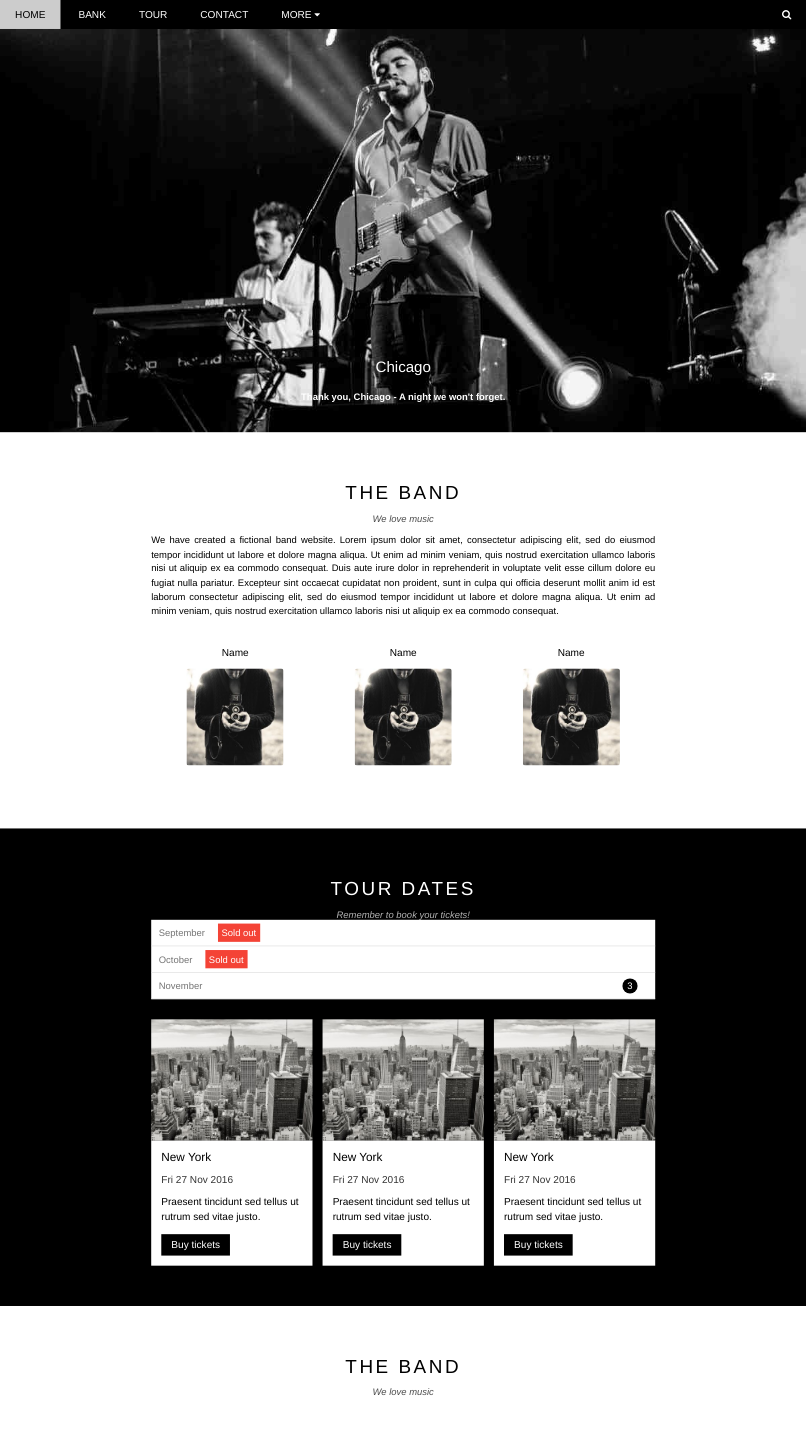
Repository: vuongtm1999/TheBand_W3School
Page: index.html
These files come from the project's save history. The page is drawn as it stood at one moment and after the next save; the edit follows.
The browser window is 1280 px wide. The pictures show the whole page, at 63% of full size.

Above is the page before, as saved 2022-08-27 16:54:37.

### index.html
<!DOCTYPE html>
<html lang="en">
<head>
    <meta charset="UTF-8">
    <meta http-equiv="X-UA-Compatible" content="IE=edge">
    <meta name="viewport" content="width=device-width, initial-scale=1.0">
    <title>Document</title>
    <link rel="stylesheet" href="./assets/css/style.css">
    <link rel="stylesheet" href="https://cdnjs.cloudflare.com/ajax/libs/font-awesome/4.7.0/css/font-awesome.min.css">

</head>
<body>
        <div id="header">
            <!-- begin: nav -->
            <ul id="nav">
                <li><a href="#">Home</a></li>
                <li><a href="#">Bank</a></li>
                <li><a href="#">Tour</a></li>
                <li><a href="#">Contact</a></li>
                <li>
                    <a href="#">More <i style="font-size: 15px;" class="fa fa-caret-down"></i></a>
                    <ul class="subnav">
                        <li><a href="#">Merchandise</a></li>
                        <li><a href="#">Extras</a></li>
                        <li><a href="#">Media</a></li>
                    </ul>
                </li>
            </ul>
            <!-- end: nav -->

            <!-- begin: search button -->
            <div class="search-button">
                <i class="fa fa-search"></i>
            </div>
            <!-- end: search button -->
        </div>

        <div id="slider">
            <div class="text-content">
                <div class="container">
                    <h3 class=text-heading>
                        Chicago
                    </h3>
                    <div class="text-description">
                        Thank you, Chicago - A night we won't forget.
                    </div>
                </div>
            </div>
        </div>

        <div id="content">
            <!-- about section -->
            <div class="content-section">
                <h2 class="section-heading">THE BAND</h2>
                <p class="section-sub-heading">We love music</p>
                <p class="section-about-text">We have created a fictional band website. Lorem ipsum dolor sit amet, consectetur adipiscing elit, sed do eiusmod tempor incididunt ut labore et dolore magna aliqua. Ut enim ad minim veniam, quis nostrud exercitation ullamco laboris nisi ut aliquip ex ea commodo consequat. Duis aute irure dolor in reprehenderit in voluptate velit esse cillum dolore eu fugiat nulla pariatur. Excepteur sint occaecat cupidatat non proident, sunt in culpa qui officia deserunt mollit anim id est laborum consectetur adipiscing elit, sed do eiusmod tempor incididunt ut labore et dolore magna aliqua. Ut enim ad minim veniam, quis nostrud exercitation ullamco laboris nisi ut aliquip ex ea commodo consequat.</p>

                <div class="member-list">

                    <div class="member-item">
                        <p class="member-name">Name</p>
                        <img class="member-image" src="assets/img/bandmember.jpg" alt="member">
                    </div>

                    <div class="member-item">
                        <p class="member-name">Name</p>
                        <img class="member-image" src="assets/img/bandmember.jpg" alt="member">
                    </div>

                    <div class="member-item">
                        <p class="member-name">Name</p>
                        <img class="member-image" src="assets/img/bandmember.jpg" alt="member">
                    </div>

                    <div class="clearFloat"></div>
                </div>
            </div>

            <!-- TOUR DATES section -->
            <div class="tour-section">
                <div class="content-section">
                    <h2 class="section-heading white-color">TOUR DATES</h2>
                    <p class="section-sub-heading white-color">Remember to book your tickets!</p>

                    <ul class="ticket-list">
                        <li>September <span class="soldout">Sold out</span></li>
                        <li>October <span class="soldout">Sold out</span></li>
                        <li>November <span class="quantity">3</span></li>
                    </ul>

                    <div class="place-ticket">

                        <div class="place-item">
                            <img src="assets/img/place/newyork.jpg" alt="img-ticket" class="place-img">
                            <div class="place-body">
                                <h3 class="place-city">New York</h3>
                                <p class="place-time">Fri 27 Nov 2016</p>
                                <p class="place-description">Praesent tincidunt sed tellus ut rutrum sed vitae justo.</p>
                                <a href="#" class="place-buy-tickets">Buy tickets</a>
                            </div>
                        </div>

                        <div class="place-item">
                            <img src="assets/img/place/newyork.jpg" alt="img-ticket" class="place-img">
                            <div class="place-body">
                                <h3 class="place-city">New York</h3>
                                <p class="place-time">Fri 27 Nov 2016</p>
                                <p class="place-description">Praesent tincidunt sed tellus ut rutrum sed vitae justo.</p>
                                <a href="#" class="place-buy-tickets">Buy tickets</a>
                            </div>
                        </div>

                        <div class="place-item">
                            <img src="assets/img/place/newyork.jpg" alt="img-ticket" class="place-img">
                            <div class="place-body">
                                <h3 class="place-city">New York</h3>
                                <p class="place-time">Fri 27 Nov 2016</p>
                                <p class="place-description">Praesent tincidunt sed tellus ut rutrum sed vitae justo.</p>
                                <a href="#" class="place-buy-tickets">Buy tickets</a>
                            </div>
                        </div>

                        <div class="clearFloat"></div>
                    </div>
                </div>
            </div>



            <!-- CONTACT section -->
            <div class="content-section">
                <h2 class="section-heading">THE BAND</h2>
                <p class="section-sub-heading">We love music</p>
            </div>

        </div>

        <!-- Modal dialog -->
        <div id="modal">
            <div class="modal-container">
                <i class="fa fa-times close-icon" aria-hidden="true"></i>
                <header class="modal-header">
                    <i class="fa fa-suitcase mr-5"></i>
                     Tickets
                </header>
                <div class="modal-body">
                    <label for="quantity-sticket" class="modal-label">
                        <i class="fa fa-shopping-cart" aria-hidden="true"></i>
                        Tickets, $15 per person
                    </label>
                    <input type="text" id="quantity-sticket" class="quantity-sticketet" placeholder="How many?">

                    <label for="send-to-sticket" class="modal-label">
                        <i class="fa fa-user" aria-hidden="true"></i>
                        Send to
                    </label>
                    <input type="text" id="send-to-sticket" class="send-to-sticket" placeholder="Enter email" class=placeholder="Enter email">

                    <button id="btn-pay" class="btn-pay">PAY <i class="fa fa-check" aria-hidden="true"></i></button>
                </div>

                <div class="modal-footer">
                    <button class="btn-close">Close <i class="fa fa-times" aria-hidden="true"></i></button>

                    <div class="modal-text-help">Need <a href="#" id="btn-help">help?</a></div>
                </div>
            </div>
        </div>

        <div id="footer">

        </div>
    </div>
</body>
</html>

### assets/css/style.css
/* reset CSS */
* {
    margin: 0;
    padding: 0;
    box-sizing: border-box;
}

html {
    font-family: Helvetica, Arial, sans-serif;
}

#nav, .subnav, li{
    list-style-type: none;
}

#nav{
    display: inline-block;
}

/*
Nguyen tac lam viec
1. Vi tri
2. Kich thuoc
3. Mau sac
4. Kieu dang (kieu chu, hinh tron hay hinh vuong,...)
*/

/*
Tu ngoai vao trong
Tu tren xuong duoi
TU tong quan den chi tiet
 */

#main {}

#header {
    position: fixed;
    z-index: 1;
    height: 46px;
    background-color: #000;
    color: #fff;
    top: 0;
    left: 0;
    right: 0;
}

#nav li {
    text-decoration: none;
    line-height: 46px;
}

a{
    text-decoration: none;
}

#nav > li > a {
    /* display: inline-block; */
    padding: 0px 24px;
    color: #ffffff;
    text-transform: uppercase;
}

#nav > li {
    display: inline-block;
}

#nav li:last-child {
    position: relative;
}

#nav .subnav {
    background-color: #fff;
    position: absolute;
    display: none;
    top: 100%;
    left: 0;
    box-shadow:  0px 0px 10px rgba(0, 0, 0, 0.3);
    min-width: 160px;
}

#nav .subnav a{
    color: #000;
    padding: 0px 12px;
    line-height: 30px;
    display: inline-block;
    width: 100%;
}

#nav .subnav li:hover,
#nav > li:hover > a {
    color: #000;
    background-color: #ccc;
    display: block;
}

#nav > li:last-child:hover .subnav{
    display: block;
}

/* search btn */
#header .search-button{
    float: right;
    line-height: 46px;
    padding: 0 24px;
}

#header .search-button:hover{
    background-color: #f44336;
    cursor: pointer;
}

#slider {
    /* background-color: rgb(27, 22, 22); */
    margin-top: 46px;
/* padding-top bang 50% chieu rong cua thanh phan do */
    padding-top: 50%;
    position: relative;
    background: url("/assets/img/chicago.jpg") top center / cover no-repeat;
}

#slider .text-content{
    position: absolute;
    color: white;
    bottom: 48px;

    /* cach 1 */
    /* left: 50%;
    transform: translateX(-50%); */
    /* cach 2 */
    /* left: 0;
    right: 0; */
    /* cach 3 */
    width: 100%;
    text-align: center;
}

.text-heading{
    font-size: 24px;
    font-weight: 400;
}

.text-description{
    margin-top: 25px;
    font-weight: bolder;
    font-size: 15px;
}

#content .content-section{
    width: 800px;
    padding: 64px 0;
    margin-left: auto;
    margin-right: auto;
}

.content-section .section-heading,
.content-section .section-about-text{
    margin: 15px 0px;
}

.content-section .section-heading,
.content-section .section-sub-heading{
    text-align: center;
}

.content-section .section-sub-heading{
    font-size: 15px;
    opacity: 0.7;
    font-style: italic;
}

.content-section .section-heading{
    font-size: 30px;
    font-weight: 500;
    letter-spacing: 4px;
}

.content-section .section-about-text{
    /* line-height khong co px */
    line-height: 1.5;
    font-size: 15px;
    text-align: justify;
}

.content-section .member-item{
    float: left;
    width: calc(100%/3);

    /* width: 33.333%; */
}

.content-section .member-list{
    margin: 32px 0;
    text-align: center;

    /* Khac phuc khi dung float :left */
    /* overflow: hidden; */
}

.content-section .member-name{
    /* text-align: center; */
}

.content-section .member-name{
    margin: 15px 0;
}

.content-section .member-image{
    width: 154px;
    border-radius: 4px;
}

.content-section .clearFloat{
    /* Khac phuc khi dung float :left */
    clear: both;
}

/* Tour section */
.tour-section{
    background-color: #000;
}

/*  begin: tour section */
.white-color{
    color: white !important;
}

.ticket-list{
    background-color: white;
}

.ticket-list > li{
    font-size: 15px;
    padding: 12px;
    border-bottom: 1px solid #ddd;
    color: #757575;
}

.soldout{
    background-color: #f44336;
    padding: 6px;
    margin-left: 16px;
    color: #fff;
}

.quantity{
    float: right;
    margin-right: 16px;
    background-color: #000;
    width: 24px;
    height: 24px;
    border-radius: 50%;
    color: white;
    text-align: center;
    line-height: 24px;
    margin-top: -3px;
}

/* place-ticket */
.place-ticket{
    /* margin-top: 32px; */
    padding-top: 32px;
    margin-left: -8px;
    margin-right: -8px;
}

.place-item{
    float: left;
    width: 33.3333%;
    padding: 0 8px;
}

.place-img{
    width: 100%;
    display: block;
}

.place-img:hover{
    opacity: 0.7;
}

.place-body{
    background-color: white;
    color: rgb(1, 1, 1);
    padding: 16px;
}

.place-city{
    font-weight: 550;
}

.place-time{
    opacity: 0.8;
    margin: 15px 0;
}

.place-description{
    margin: 15px 0;
    line-height: 1.5;
}

.place-buy-tickets{
    background-color: #000;
    padding: 8px 16px;
    color: white;
    display: inline-block;
}

.place-buy-tickets:hover{
    background-color: #ccc;
    color: #000;
}

/* modal dialog */
#modal{
    position: fixed;
    background-color: rgba(0, 0, 0, 0.3);
    top: 0;
    left: 0;
    right: 0;
    bottom: 0;

    /* display: flex; */
    align-items: center;
    justify-content: center;

    display: none;
}

.modal-open{
    display: flex;
}

.modal-container{
    background-color: #fff;
    width: 900px;
    min-height: 473px;
    position: relative;

    /* reponsive */
    max-width: calc(100% - 32px);
}

.modal-header {
    height: 129px;
    background-color: #009688;
    display: flex;
    align-items: center;
    justify-content: center;
    letter-spacing: 4px;
    font-weight: 400;
    font-size: 30px;
    color: #fff;
}

.mr-5{
    margin-right: 16px;
}
.close-icon{
    position: absolute;
    top: 0;
    right: 0;
    padding: 12px;
    color: #fff;
}

.close-icon:hover{
    background-color: #ccc;
    color: #000
}

.modal-body {
    padding: 0 16px;
}

.modal-label{
    display: block;
    margin: 18px 0 8px 0;
}

.quantity-sticketet,
.send-to-sticket{
    border: 1px solid #ccc;
    padding: 8px;
    font-size: 15px;
    width: 100%;
}

.btn-pay{
    margin: 16px 0;
    width: 100%;
    background-color: #009688;
    padding: 18px;
    color: #fff;
    border: none;
    font-size: 15px;
    text-transform: uppercase;
}

.btn-pay:hover{
    background-color: #ccc;
    color: #000;
    cursor: pointer;
}

.modal-footer{
    padding: 0 18px;
    margin: 16px 0;
}

.modal-text-help{
    float: right;
}

.btn-close{
    padding: 12px 16px;
    font-size: 15px;
    color: #fff;
    background-color: #f44336;
    border: none;
}

.btn-close:hover{
    cursor: pointer;
    background-color: #ccc;
    color: #000;
}

#btn-help{
    text-decoration: underline !important;
    color: #2196F3;
}



#container {
    /* height: 500px;
    background-color: #ccc; */
}

#content {}

#footer {}

After the next save:
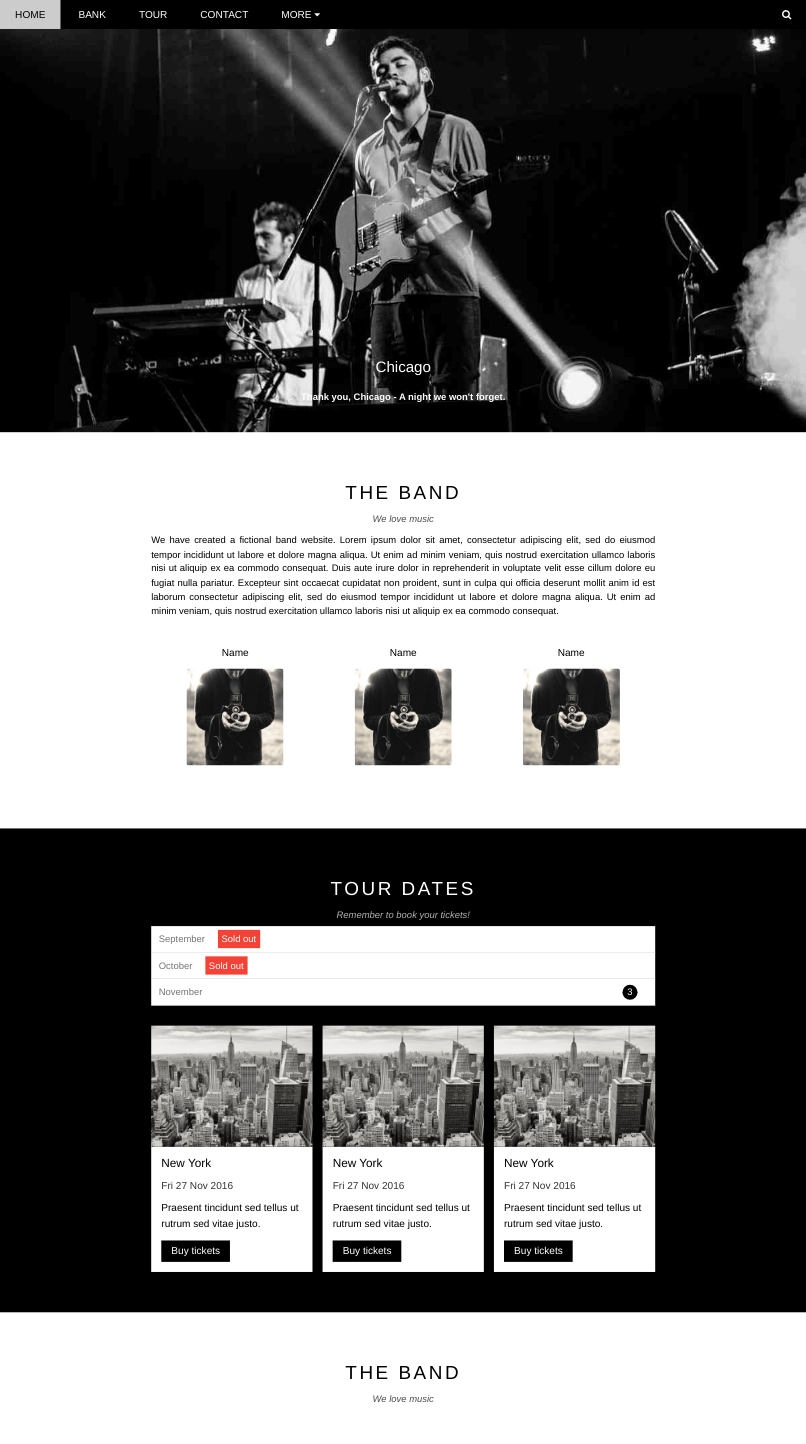
Saved 66 s later.
--- a/assets/css/style.css
+++ b/assets/css/style.css
@@ -222,6 +222,7 @@
 /*  begin: tour section */
 .white-color{
     color: white !important;
+    margin: 10px 0;
 }
 
 .ticket-list{

After the save that followed:
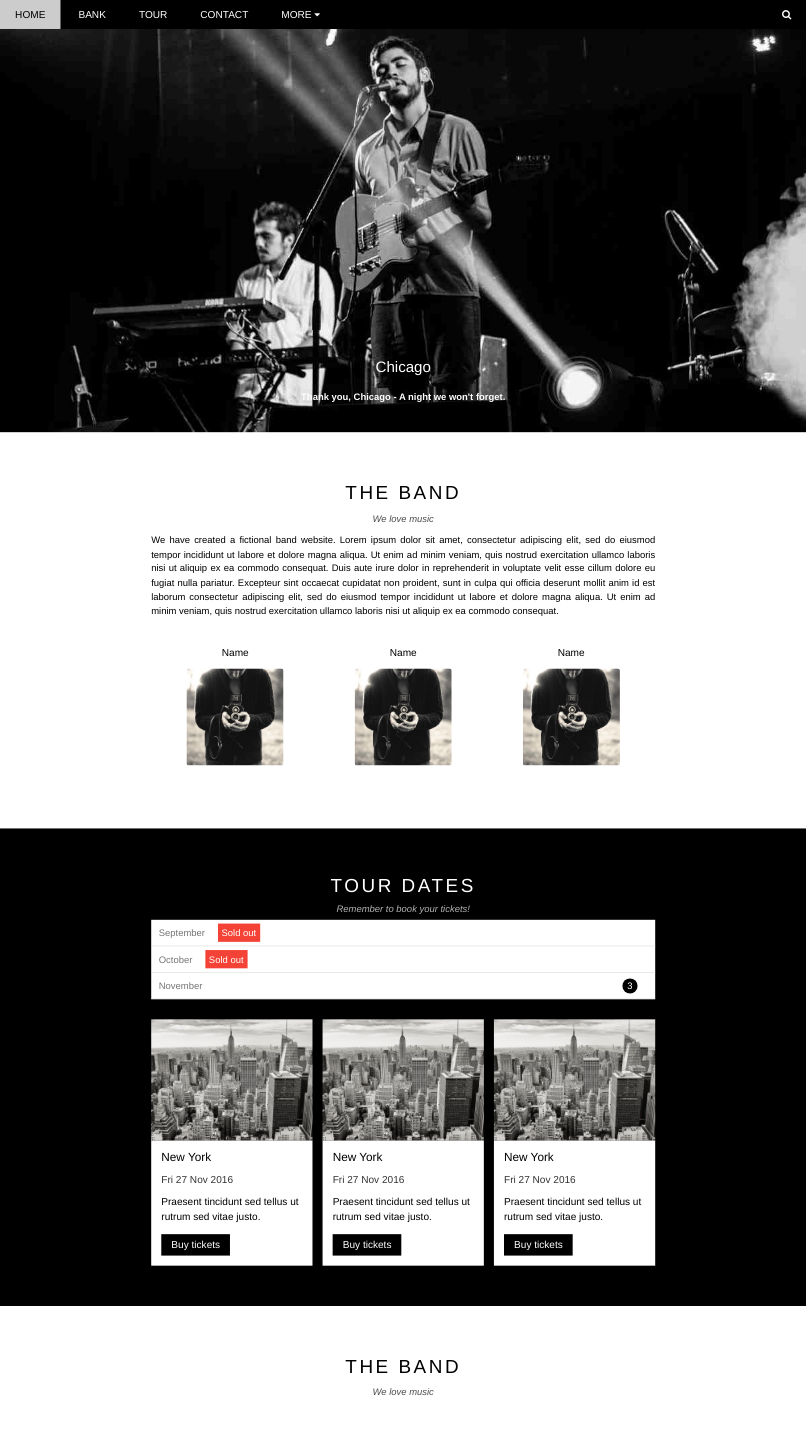
Saved 12 s later.
--- a/assets/css/style.css
+++ b/assets/css/style.css
@@ -222,7 +222,7 @@
 /*  begin: tour section */
 .white-color{
     color: white !important;
-    margin: 10px 0;
+    margin: 10px 0 !important;
 }
 
 .ticket-list{
